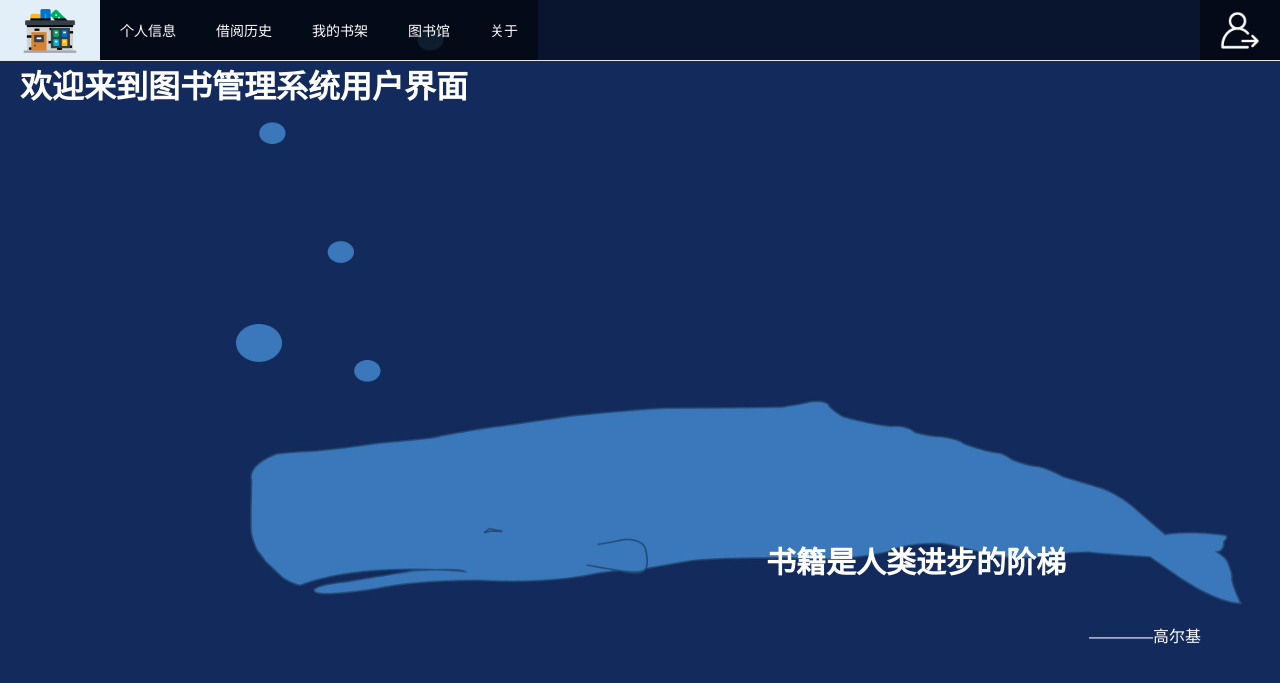
Repository: Akron-xz/helloVue
Page: /#/user (app in vue-library/)
An editor plug-in stored every save of this project. The page is shown before and after the next save, followed by the edit.
The browser window is 1280 px wide. The pictures show the whole page.
The pointer rests on the first visible `.el-menu-item`.
The project was rebuilt for these pictures with package versions that can differ from the ones it lists, and the page was loaded fresh each time. Also part of the build but not shown: vue-library/src/components/homeNav.vue, vue-library/src/views/Home.vue.

Above is the page before, as saved 2020-11-26 19:46:03.

After the next save:
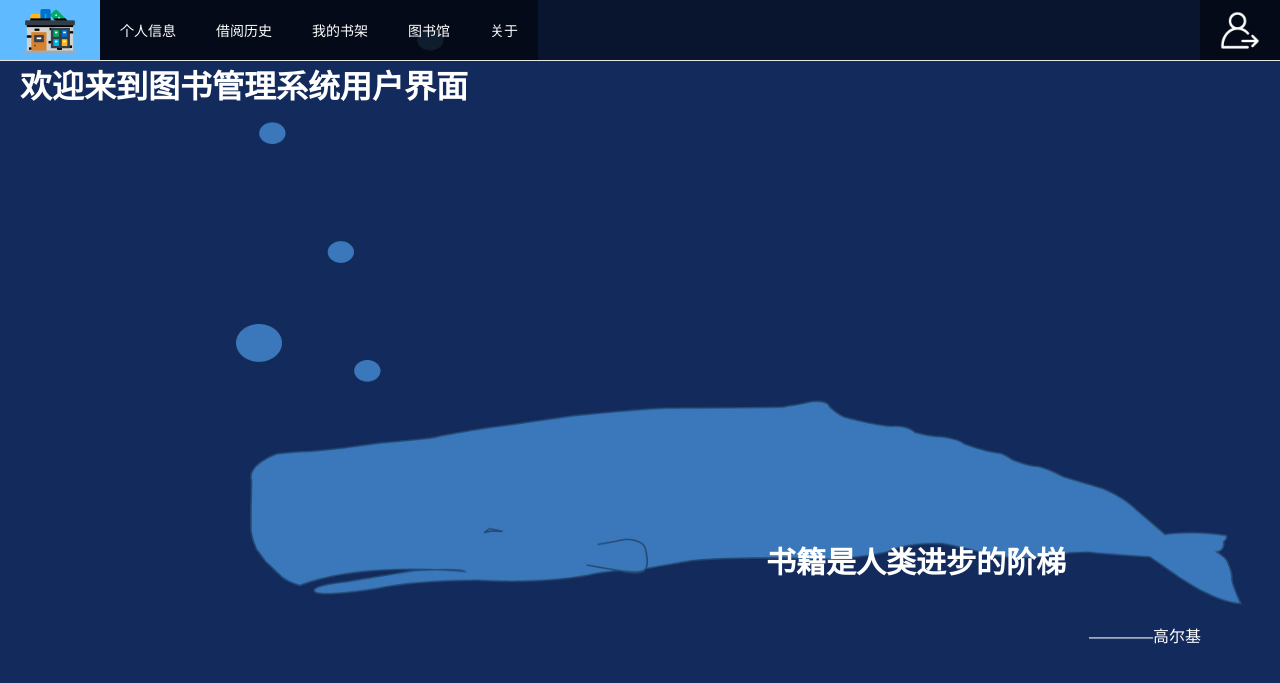
Saved 70 s later.
--- a/vue-library/src/components/userNav.vue
+++ b/vue-library/src/components/userNav.vue
@@ -109,7 +109,7 @@ export default {
 
 
 .el-menu-item:hover{
-    background-color: #E2EFF9 !important;
+    background-color: #60baff !important;
     color: #000000 !important;
 
 }
